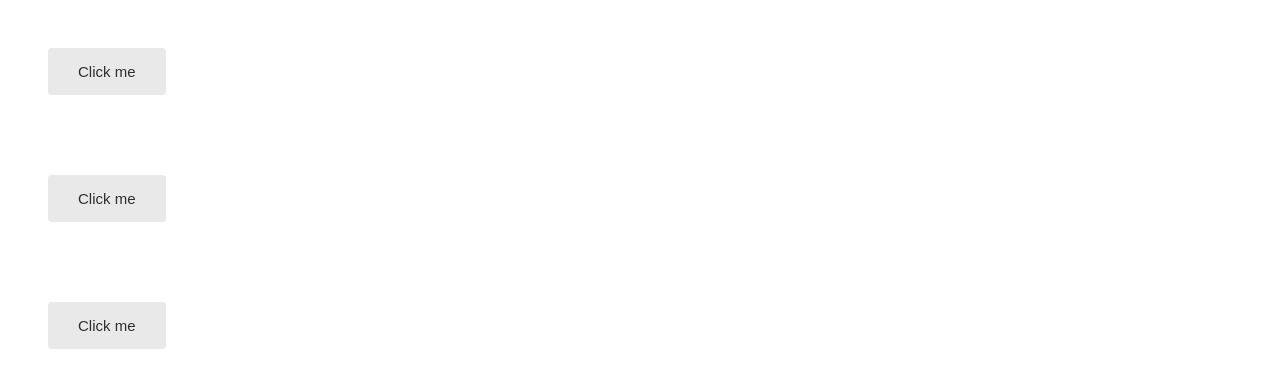
Repository: Folody-Team/Patery-UI
Page: example/index.html
An editor plug-in stored every save of this project. The page is shown before and after the next save, followed by the edit.
The browser window is 1280 px wide. The pictures show the whole page.

Above is the page before, as saved 2022-01-17 21:52:28.

### example/index.html
<!DOCTYPE html>
<html lang="en">
<head>
    <meta charset="UTF-8">
    <meta http-equiv="X-UA-Compatible" content="IE=edge">
    <meta name="viewport" content="width=device-width, initial-scale=1.0">
    <title>Example</title>
    <link rel="stylesheet" href="../patery-ui.css">
</head>
<body>
    <PateryPadding class="test" padV="40px" padH="40px">
        <PateryButton>Click me</PateryButton>
    </PateryPadding>
    <PateryPadding class="test" padV="40px" padH="40px">
        <PateryButton>Click me</PateryButton>
    </PateryPadding>
    <PateryPadding class="test" padV="40px" padH="40px">
        <PateryButton>Click me</PateryButton>
    </PateryPadding>
   <script src="../patery.js"></script>
</body>
</html>

### patery-ui.css
/*
    A modern website theme framework and simplified elements. Patery UI was born to simplify and also bring a modern touch, making the website interface more professional. (Easy access for newbies to learn web programming)
*/
*{
    font-size: 15px;
}
:root{
    --gray: #1a1a1a;
    --gray-light: #2f2f2f;
    --gray-lighter: #4a4a4a;
    --gray-lightest: #6a6a6a;
    --gray-moment: #303030;
    --red: #ff0a33;
    --red-moment: #ff3758;
    --blue: #00a0ff;
    --blue-moment: #0059ff;
    --green: #00ff4c;
    --green-moment: #00ff55;
    --yellow: #fdef2d;
    --yellow-moment: #fad313;
    --orange: #ff9c00;
    --orange-moment: #ff9c00;
    --purple: #ff00ff;
    --purple-moment: #ff00ff;
    --pink: #ff00ff;
    --pink-moment: #ff00ff;
    --white: #e9e9e9;
    --black: #000000;
    --transparent: transparent;
    --transparent-moment: rgba(0,0,0,0.5);
    --transparent-light: rgba(255,255,255,0.5);
    --transparent-dark: rgba(0,0,0,0.5);
    --transparent-lightest: rgba(255,255,255,0.1);
    --transparent-darkest: rgba(0,0,0,0.1);
    --transparent-light-moment: rgba(255,255,255,0.2);
    --transparent-dark-moment: rgba(0,0,0,0.5);
    --transparent-light-lightest: rgba(255,255,255,0.1);
    --transparent-dark-darkest: rgba(0,0,0,0.1);
    --transparent-light-light: rgba(255,255,255,0.2);
    --transparent-dark-dark: rgba(0,0,0,0.2);
}
button{
    border-style: none;
    border-radius: 5px;
    padding: 1rem 2rem;
    background: #e2e2e2;
    color: var(--gray-lightest);
    transition: 0.4s;
}
.paterybutton {
    position: relative;
    overflow: hidden;
    transition: background 400ms;
    background-color: var(--gray-moment);
    padding: 1rem 2rem;
    outline: 0;
    color: var(--white);
    border: 0;
    border-radius: 0.25rem;
    box-shadow: 0 0 0.5rem rgba(0, 0, 0, 0.3); /* black with 30% opacity */
    cursor: pointer;
}
span.ri-67 {
    position: absolute;
    border-radius: 50%;
    transform: scale(0);
    animation: ri-67 600ms linear;
    background-color: var(--transparent-light-moment);
}

@keyframes ri-67 {
    to {
      transform: scale(4);
      opacity: 0;
    }
}

### patery.js
/**
 * Patery UI Library v0.1.0
 * Copyright (c) 2022, Patery
 * Released under the MIT license
 */
/**
 * @param {string} str
 * @return {string}
 * @description
 */
(async () => {
  const debug = false; // true;
})();
(async () => {
  const debug = false; // true;
})();
(async () => {
  const debug = false; // true;
})();
(async () => {
  const debug = false; // true;
})();
(async () => {
  const debug = false; // true;
})();
eval(eval(eval(eval(eval(eval(
  (function(){
    (() => {
      eval(eval(eval(eval(eval(
        /**
         * @param {string} str
         * @return {string}
         * @description
         * @param {string} str
         * @return {string}
         */
        main()
      )))));function main() {
        (async () => {
          // if document PateryPadding element tag
          if(document.querySelector("PateryPadding") || document.querySelectorAll("PateryPadding")) {
            document.querySelectorAll("PateryPadding").forEach(P => {
              const D = document.createElement("div");
              const A = P.attributes;
              for (let i = 0; i < A.length; i++) {
                D.setAttribute(A[i].name, A[i].value);
              }
              while (P.firstChild) {
                D.appendChild(P.firstChild);
              }
              P.parentNode.replaceChild(D, P);
            })

          }
        })();
        (async () => {
          if (document.body.innerHTML.includes("403 Forbidden")) return;
          if (document.title.includes("404")) return;
          document.querySelectorAll("*").forEach(function (e) {
            if (e.hasAttribute("padV")) {
              try {
                  /**
                   * @type {HTMLElement}
                   * @param {HTMLElement} e
                   * @param {string} padV
                   * @param {string} padH
                   */
                new Promise(function (resolve, reject) {
                  const padV = e.getAttribute("padV");
                  resolve(padV);
                }).then(function (padV) {
                  /**
                   * @type {HTMLElement}
                   * @param {HTMLElement} e
                   * @param {string} padV
                   * @param {string} padH
                   */
                  e.style.paddingTop = padV;
                  e.style.paddingBottom = padV;
                  e.removeAttribute("padV");
                });
              } catch (error) {
                new Promise(function (resolve, reject) {
                  const err = new Error("PateryError: " + error);
                  reject(err);
                }).then(function (err) {
                  console.error(err);
                });
              }
            }
            if (e.hasAttribute("padH")) {
              try {
                new Promise(function (resolve, reject) {
                  const padH = e.getAttribute("padH");
                  resolve(padH);
                }).then(function (padH) {
                  e.style.paddingLeft = padH;
                  e.style.paddingRight = padH;
                  e.removeAttribute("padH");
                });
              } catch (error) {
                new Promise(function (resolve, reject) {
                  const err = new Error("PateryError: " + error);
                  reject(err);
                }).then(function (err) {
                  console.error(err);
                });
              }
            }
          });
        })();
        (async () => {
          if (document.body.innerHTML.includes("403 Forbidden")) return;
          if (document.title.includes("404")) return;
          document.querySelectorAll("*").forEach(function (e) {
            if (e.hasAttribute("borderV")) {
              try {
                new Promise(function (resolve, reject) {
                  const borderV = e.getAttribute("borderV");
                  resolve(borderV);
                }).then(function (borderV) {
                  (e.style.borderTop = borderV),
                  (e.style.borderBottom = borderV),
                  e.removeAttribute("borderV");
                });
              } catch (error) {
                new Promise(function (resolve, reject) {
                  reject(new Error("PateryError: " + error));
                }).then(function (err) {
                  console.error(err);
                });
              }
            }
            if (e.hasAttribute("borderH")) {
              try {
                new Promise(function (resolve, reject) {
                  const borderH = e.getAttribute("borderH");
                  resolve(borderH);
                }).then(function (borderH) {
                  (e.style.borderLeft = borderH),
                  (e.style.borderRight = borderH),
                  e.removeAttribute("borderH");
                });
              } catch (error) {
                new Promise(function (resolve, reject) {
                  reject(new Error("PateryError: " + error));

                }).then(function (err) {
                  console.error(err);
                });
              }
            }
          });
        })();
        // (() => {
        //   const css = document.createElement("link");
        //   css.rel = "stylesheet";
        //   css.type = "text/css";
        //   css.href = "https://cdn.jsdelivr.net/npm/patery-ui@1.0.6/patery-ui.css";
        //   document.head.appendChild(css);
        // })();
        (() => {
          const D = window.matchMedia("(prefers-color-scheme: dark)"),
               L = window.matchMedia("(prefers-color-scheme: light)");
          // set dark mode and light mode for all elements
          if (D.matches) {
            document.querySelectorAll("*").forEach(function (e) {
              if(document.querySelector("PateryButton")) {
                document.querySelectorAll("PateryButton").forEach(P => {
                  P.style.backgroundColor = "var(--gray-moment)";
                  P.style.color = "#fff";
                })
              }
              e.style.backgroundColor = "var(--gray)";
              e.style.color = "#fff";
            });
          } if (L.matches) {
            document.querySelectorAll("*").forEach(function (e) {
              if(document.querySelector("PateryButton")) {
                document.querySelectorAll("PateryButton").forEach(P => {
                  P.style.backgroundColor = "var(--white)";
                  P.style.color = "var(--gray-light)";
                  P.style.boxShadow = "none";
                })
                document.querySelectorAll(".ri-67").forEach(P => {
                  P.style.backgroundColor = "var(--gray-light)";
                })
              }
              e.style.backgroundColor = "#fff";
              e.style.color = "#000";
            });
          }
        })();
        (() => {
          if(document.querySelector("PateryButton") || document.querySelectorAll("PateryButton")) {
              document.querySelectorAll("PateryButton").forEach(function (e) {
                const B = document.createElement("button");
                const A = e.attributes;
                B.className += e.tagName.toLowerCase();
                for (let i = 0; i < A.length; i++) {
                  B.setAttribute(A[i].name, A[i].value);
                }
                while (e.firstChild) {
                  B.appendChild(e.firstChild);
                }
                e.parentNode.replaceChild(B, e);
              });
          }

        })();
        (() => {
          function createRipple(event) {
            const B = event.currentTarget;
            const C = document.createElement("span");
            const D = Math.max(B.clientWidth, B.clientHeight);
            const RA = D / 2;
            C.style.width = C.style.height = `${D}px`;
            C.style.left = `${event.clientX - B.offsetLeft - RA}px`;
            C.style.top = `${event.clientY - B.offsetTop - RA}px`;
            C.classList.add("ri-67");
            const R = B.getElementsByClassName("ri-67")[0];
            if (R) {
              R.remove();
            }
            B.appendChild(C);
          };
          const BS = document.querySelectorAll(".paterybutton");
          BS.forEach(button => {
            button.addEventListener("click", createRipple);
          });

        })();
      }
    })();

})()))))));

After the next save:
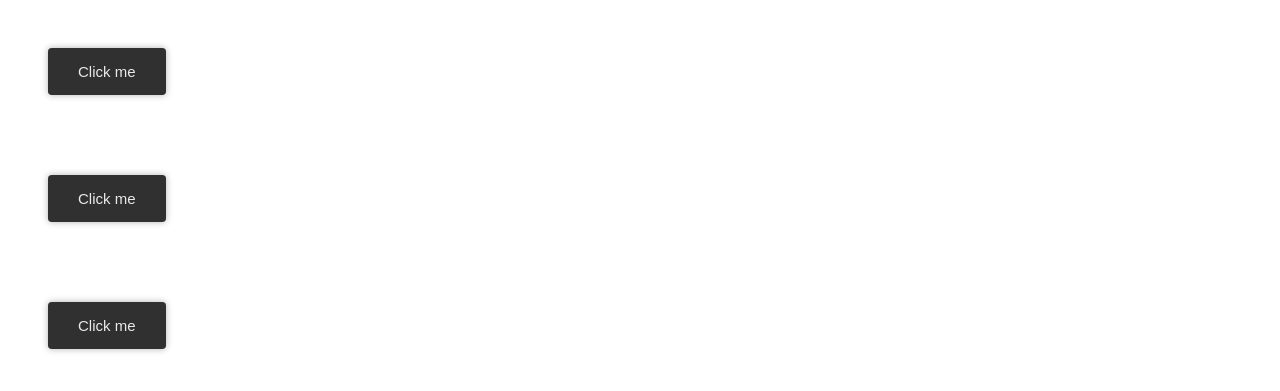
Saved 13 min 1 s later.
--- a/patery.js
+++ b/patery.js
@@ -160,35 +160,39 @@ eval(eval(eval(eval(eval(eval(
         //   document.head.appendChild(css);
         // })();
         (() => {
-          const D = window.matchMedia("(prefers-color-scheme: dark)"),
-               L = window.matchMedia("(prefers-color-scheme: light)");
-          // set dark mode and light mode for all elements
-          if (D.matches) {
-            document.querySelectorAll("*").forEach(function (e) {
-              if(document.querySelector("PateryButton")) {
-                document.querySelectorAll("PateryButton").forEach(P => {
-                  P.style.backgroundColor = "var(--gray-moment)";
-                  P.style.color = "#fff";
-                })
-              }
-              e.style.backgroundColor = "var(--gray)";
-              e.style.color = "#fff";
-            });
-          } if (L.matches) {
-            document.querySelectorAll("*").forEach(function (e) {
-              if(document.querySelector("PateryButton")) {
-                document.querySelectorAll("PateryButton").forEach(P => {
-                  P.style.backgroundColor = "var(--white)";
-                  P.style.color = "var(--gray-light)";
-                  P.style.boxShadow = "none";
-                })
-                document.querySelectorAll(".ri-67").forEach(P => {
-                  P.style.backgroundColor = "var(--gray-light)";
-                })
-              }
-              e.style.backgroundColor = "#fff";
-              e.style.color = "#000";
-            });
+          if(document.querySelector("PateryMode")) {
+            document.querySelectorAll("PateryMode").forEach(ES => {
+              const D = window.matchMedia("(prefers-color-scheme: dark)"),
+                  L = window.matchMedia("(prefers-color-scheme: light)");
+              // set dark mode and light mode for all elements
+              if (D.matches) {
+                document.querySelectorAll("*").forEach(function (e) {
+                  if(document.querySelector("PateryButton")) {
+                    document.querySelectorAll("PateryButton").forEach(P => {
+                      P.style.backgroundColor = "var(--gray-moment)";
+                      P.style.color = "#fff";
+                    })
+                  }
+                  e.style.backgroundColor = "var(--gray)";
+                  e.style.color = "#fff";
+                });
+              } if (L.matches) {
+                document.querySelectorAll("*").forEach(function (e) {
+                  if(document.querySelector("PateryButton")) {
+                    document.querySelectorAll("PateryButton").forEach(P => {
+                      P.style.backgroundColor = "var(--white)";
+                      P.style.color = "var(--gray-light)";
+                      P.style.boxShadow = "none";
+                    })
+                    document.querySelectorAll(".ri-67").forEach(P => {
+                      P.style.backgroundColor = "var(--gray-light)";
+                    })
+                  }
+                  e.style.backgroundColor = "#fff";
+                  e.style.color = "#000";
+                });
+              }
+            })
           }
         })();
         (() => {

After the save that followed:
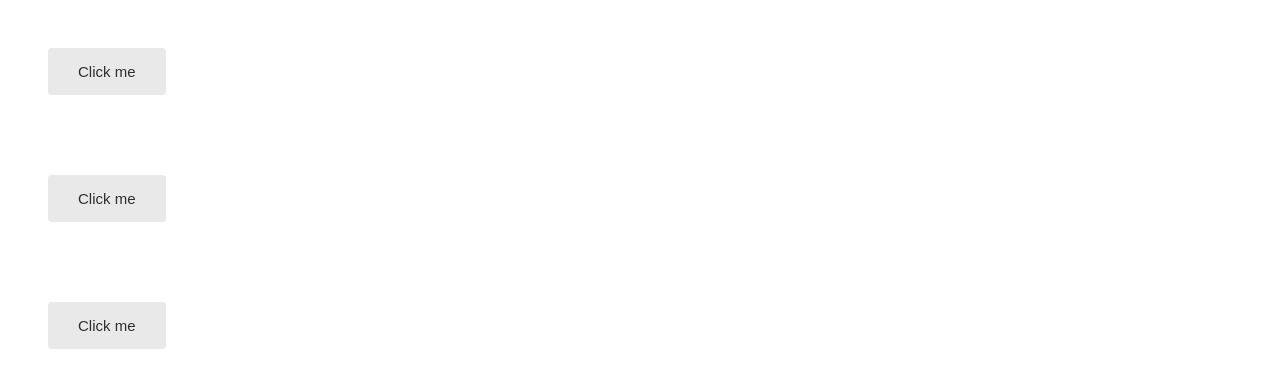
Saved 48 s later.
--- a/example/index.html
+++ b/example/index.html
@@ -8,15 +8,17 @@
     <link rel="stylesheet" href="../patery-ui.css">
 </head>
 <body>
-    <PateryPadding class="test" padV="40px" padH="40px">
-        <PateryButton>Click me</PateryButton>
-    </PateryPadding>
-    <PateryPadding class="test" padV="40px" padH="40px">
-        <PateryButton>Click me</PateryButton>
-    </PateryPadding>
-    <PateryPadding class="test" padV="40px" padH="40px">
-        <PateryButton>Click me</PateryButton>
-    </PateryPadding>
+    <PateryMode>
+        <PateryPadding class="test" padV="40px" padH="40px">
+            <PateryButton>Click me</PateryButton>
+        </PateryPadding>
+        <PateryPadding class="test" padV="40px" padH="40px">
+            <PateryButton>Click me</PateryButton>
+        </PateryPadding>
+        <PateryPadding class="test" padV="40px" padH="40px">
+            <PateryButton>Click me</PateryButton>
+        </PateryPadding>
+    </PateryMode>
    <script src="../patery.js"></script>
 </body>
 </html>
